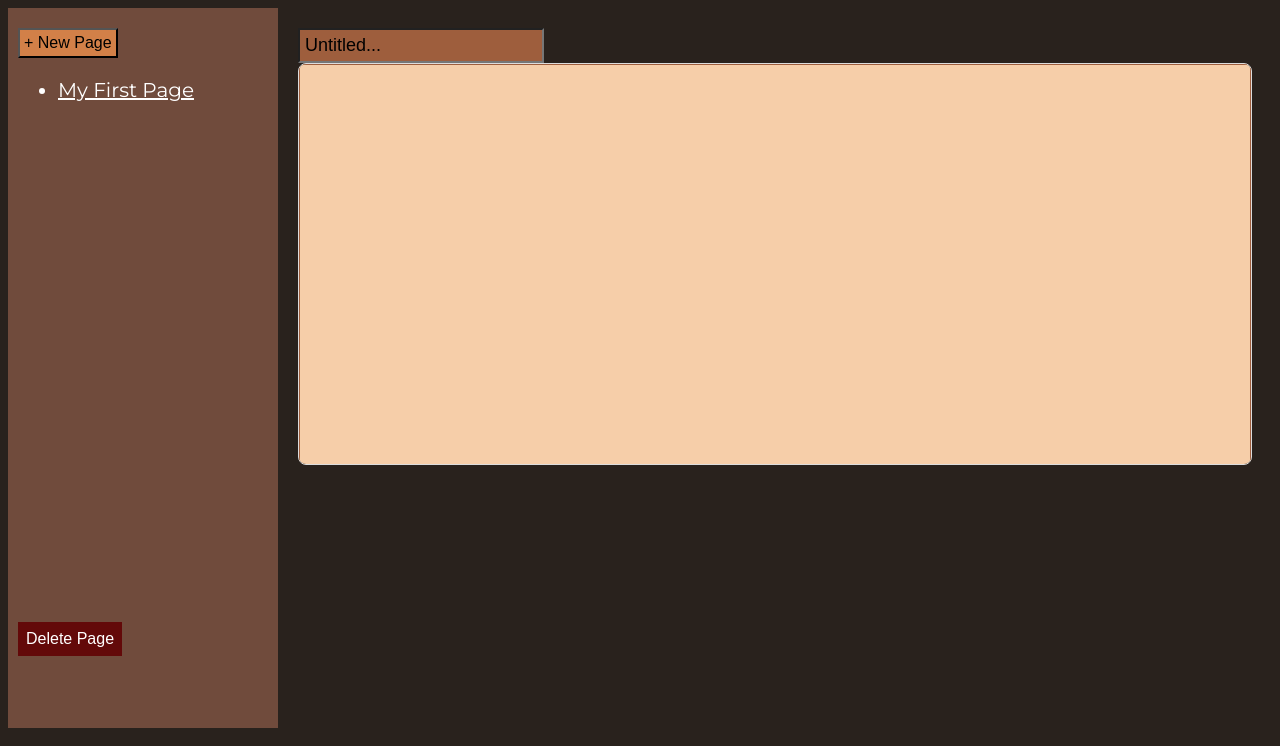
Repository: Dharshinimk-521/notes-app
Page: index.html
These files come from the project's save history. The page is drawn as it stood at one moment and after the next save; the edit follows.
The browser window is 1280 px wide. The pictures show the whole page.

Above is the page before, as saved 2026-04-18 22:54:09.

After the next save:
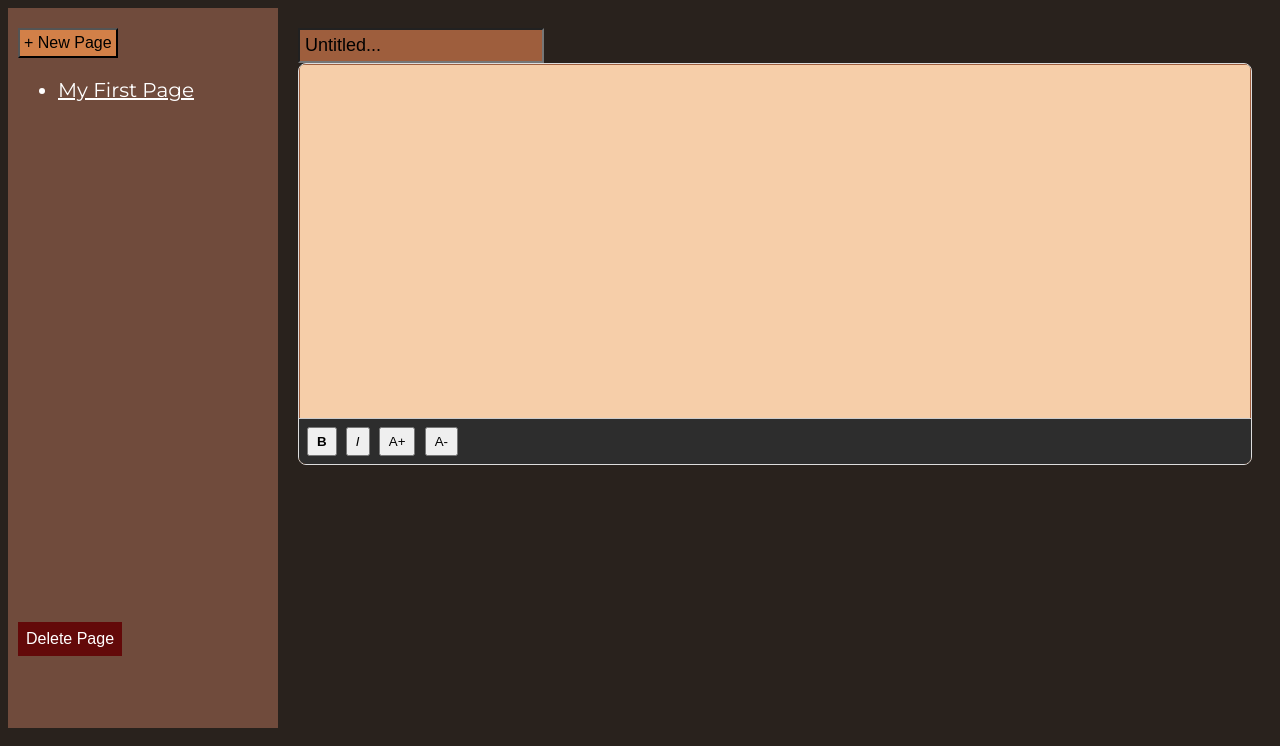
Saved 93 s later.
--- a/style.css
+++ b/style.css
@@ -61,24 +61,28 @@ body{
     font-size: 20px;
 }
 
-
 .editor-container {
-  display: flex;
-  flex-direction: column;
-  height: 400px; /* or whatever height */
+  position: relative;
   border: 1px solid #ddd;
   border-radius: 8px;
+  height: 400px;   /* MUST have height */
   overflow: hidden;
 }
 
 #editorArea {
-  flex: 1;              /* takes all available space */
+  height: 100%;
   padding: 10px;
+  padding-bottom: 50px; /* space for toolbar */
+  overflow-y: auto;
   outline: none;
-  overflow-y: auto;
+  box-sizing: border-box;
 }
 
 .tool-bar {
+  position: absolute;
+  bottom: 0;
+  left: 0;
+  width: 100%;
   background: #2d2d2d;
   padding: 8px;
   border-top: 1px solid #ccc;
